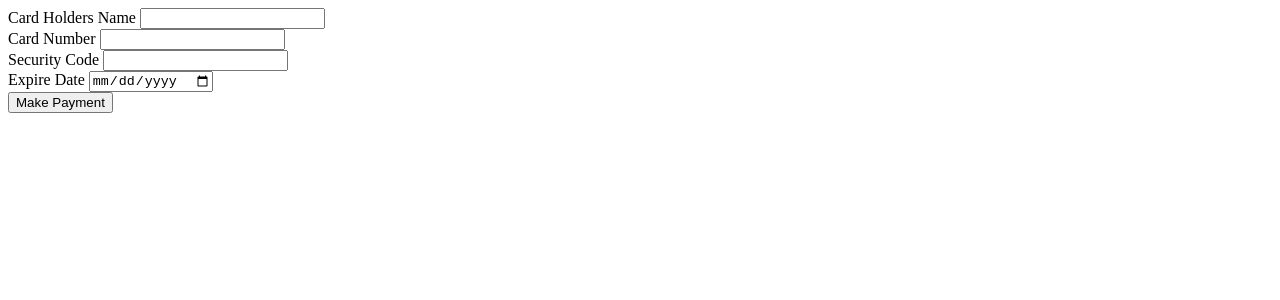
Repository: sandeepa9803/OOP---Online-Travel-web-application
Page: http://localhost/PaymentNew/PaymentInsert.jsp
An editor plug-in stored every save of this project. The page is shown before and after the next save, followed by the edit.
The browser window is 1280 px wide. The pictures show the whole page.
The page is served by Tomcat 9.

Above is the page before, as saved 2021-10-11 12:22:14.

After the next save:
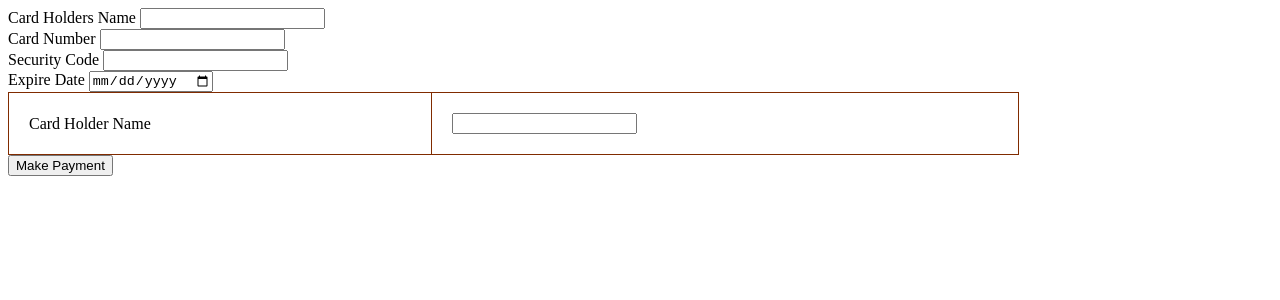
Saved 72 s later.
--- a/PaymentNew/WebContent/PaymentInsert.jsp
+++ b/PaymentNew/WebContent/PaymentInsert.jsp
@@ -52,6 +52,11 @@ th, td {
 
       <table>
 
+        <tr>
+        <td> Card Holder Name </td>
+        <td> <input type = "text" name = "cardholder"> </td>
+        </tr>
+
          Card Holders Name <input type = "text" name = "cardholder"><br>
          Card Number <input type ="number" name = "cardnum"> <br>
          Security Code <input type ="number" name = "cvcnum"> <br>
